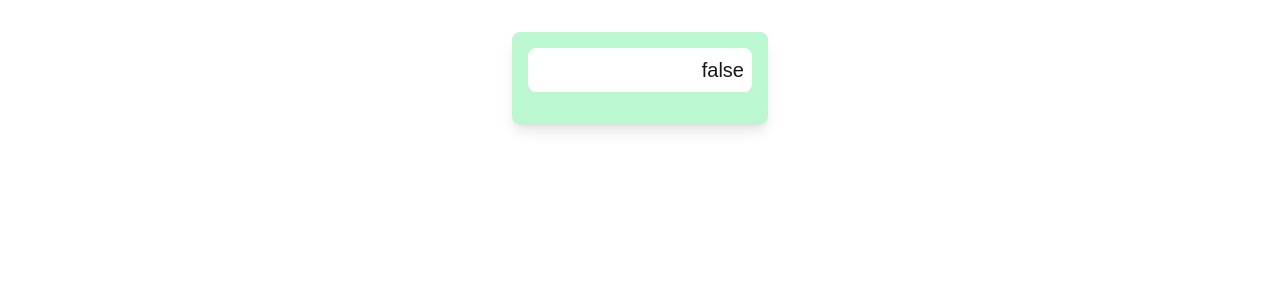
Repository: Sirinegaddour11/Calculator-App
Page: /
An editor plug-in stored every save of this project. The page is shown before and after the next save, followed by the edit.
The browser window is 1280 px wide. The pictures show the whole page.
The project was rebuilt for these pictures with package versions that can differ from the ones it lists, and the page was loaded fresh each time. The framework's server and built-in components were replaced by stand-ins that run in the browser. Also part of the build but not shown: next.config.mjs.

Above is the page before, as saved 2024-09-16 13:41:08.

### app/page.tsx
import Calculator from "@/components/calculator";
import Image from "next/image";

export default function Home() {
  return (
    <div>
      <Calculator />
    </div>
  );
}

### components/calculator.tsx
import React, { useState } from "react";

const Calculator = () => {
    const [expression, setexpression] = useState("false")
    const handleButtonClick =(value:string)=>{
setexpression((prevExpression)=> prevExpression+ value)
    }
  return (
    <div className="w-64 mx-auto mt-8 p-4 bg-green-200 rounded-lg shadow-lg ">
      <input
        type="text"
        className="w-full mb-4 p-2 text-xl text-right bg-white rounded-lg"
      value={expression}
      readOnly
      />
    </div>
  );
};

export default Calculator;

Loaded but not shown: app/layout.tsx (common file); app/globals.css (common file); tailwind.config.ts (common file)

After the next save:
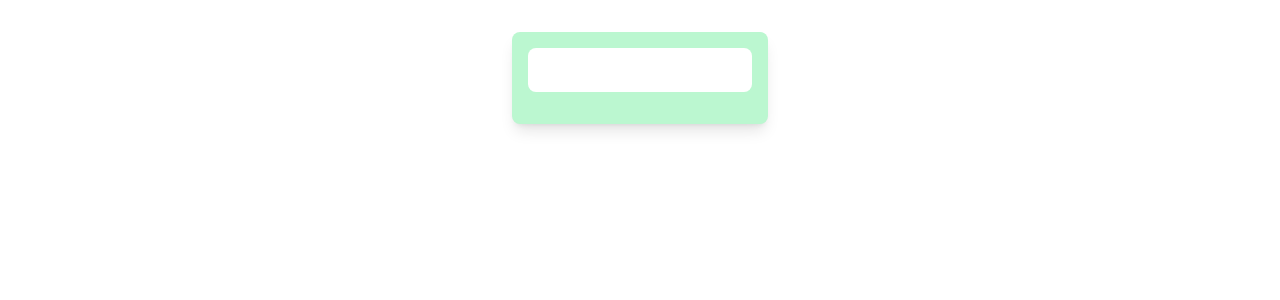
Saved 39 s later.
--- a/components/calculator.tsx
+++ b/components/calculator.tsx
@@ -1,7 +1,7 @@
 import React, { useState } from "react";
 
 const Calculator = () => {
-    const [expression, setexpression] = useState("false")
+    const [expression, setexpression] = useState("")
     const handleButtonClick =(value:string)=>{
 setexpression((prevExpression)=> prevExpression+ value)
     }
